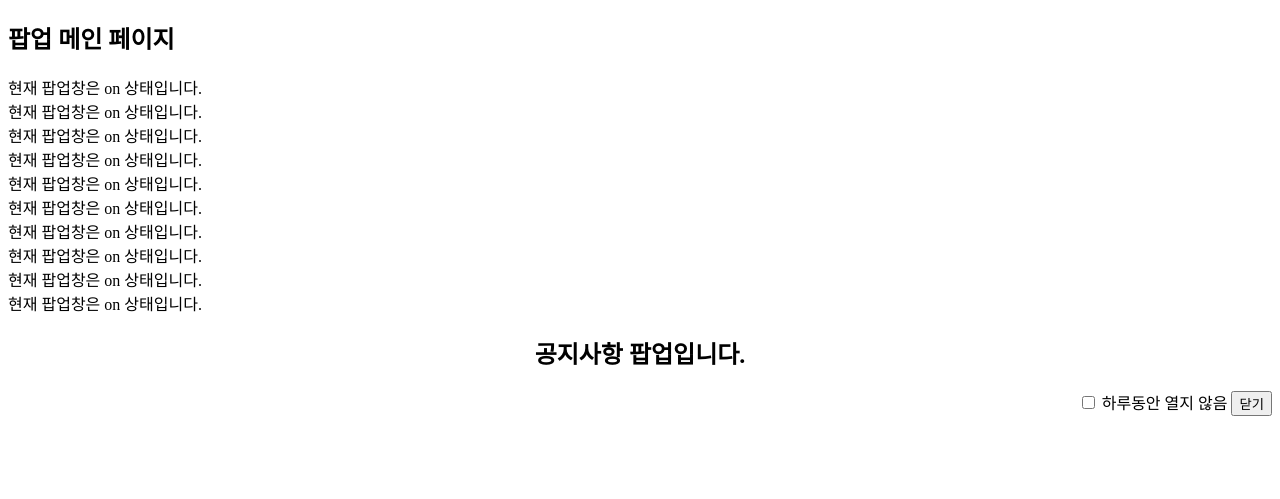
Repository: Motibidu/JSP_Servlet
Page: http://localhost/MushHaveJsp/04Cookie/PopupMain.jsp
The author's editor kept a copy of each file at every save. The page is drawn from the files as they stood at one save, then again after the next save.
The browser window is 1280 px wide. The pictures show the whole page.
The page is served by Tomcat 10. Other server files are loaded and not shown.

Above is the page before, as saved 2025-05-07 05:54:02.

### MushHaveJsp/src/main/webapp/04Cookie/PopupMain.jsp
<%@ page language="java" contentType="text/html; charset=UTF-8"
	pageEncoding="UTF-8"%>

<%
String popupMode = "on";

Cookie[] cookies = request.getCookies();
if (cookies != null)
{
	for (Cookie c : cookies) {
		String cookieName = c.getName();
		String cookieValue = c.getValue();
		if (cookieName.equals("PopupClose"))
		{
			popupMode = cookieValue;
		}
	}

}
%>
<!DOCTYPE html>
<html>
<head>
<meta charset="UTF-8">
<title>Insert title here</title>

<style>
<script>
	$(function() {
		$('#closeBtn').click(function() {
			$('#popup').hide();
			var chkVal= $("input:checkbox[id=inactiveToday]:checked"). val();
			$.ajax({
				url: './PopupCookie.jsp',
				type: 'get',
				data: {inactiveToday: chkVal},
				dataType: "text",
				success: function(resData){
					if(resData != '') location.reload();}
						}
		})
	})
</script>
<script
	src="https://ajax.googleapis.com/ajax/libs/jquery/3.7.1/jquery.min.js">
</script>

div#popup {
	position: absolute, top: 100px;
	left: 100px;
	color: yellow;
	width: 300px;
	height: 100px;
	background-color: gray;
}

div#popup>div {
	position: relative;
	background-color: black;
	top: 0px;
	border: 1px solid gray;
	padding: 10px;
	color;
	black;
}
</style>
</head>
<body>
	<h2>팝업 메인 페이지</h2>
	<%
	for (int i = 1; i <= 10; i++)
	{
		out.print("현재 팝업창은 " + popupMode + " 상태입니다.<br/>");
	}
	if (popupMode.equals("on"))
	{
	%>
	<div id="popup">
		<h2 align="center">공지사항 팝업입니다.</h2>
		<div align="right">
			<form name="popFrm">
				<input type="checkbox" id="inactiveToday" value="1" /> 하루동안 열지 않음 <input
					type="button" value="닫기" id="closeBtn" />
			</form>
		</div>
	</div>
	<%
	}
	%>
</body>
</html>

After the next save:
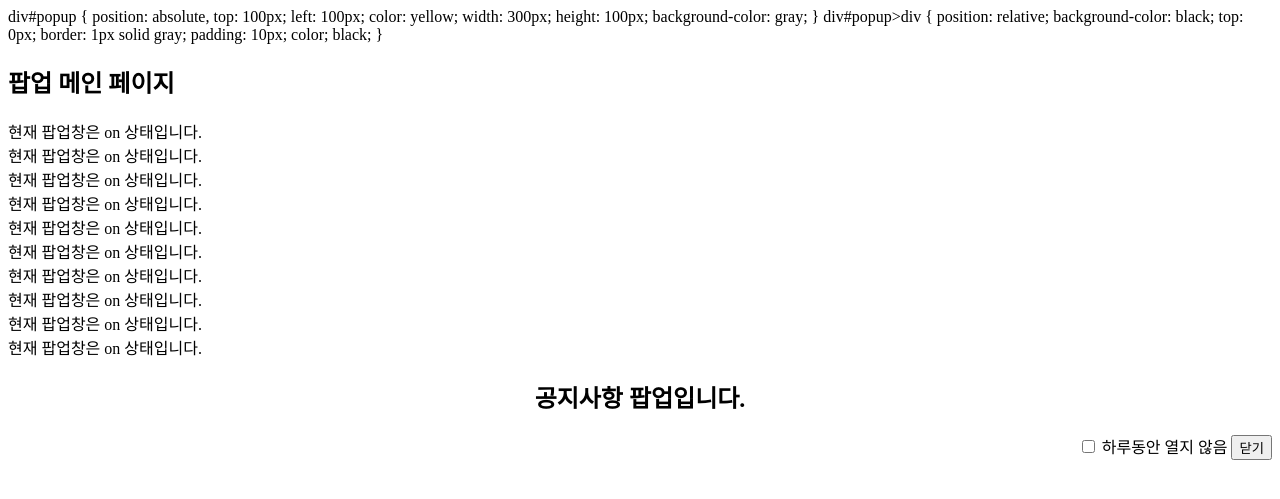
Console error: SyntaxError: missing ) after argument list
Saved 26 s later.
--- a/MushHaveJsp/src/main/webapp/04Cookie/PopupMain.jsp
+++ b/MushHaveJsp/src/main/webapp/04Cookie/PopupMain.jsp
@@ -25,6 +25,7 @@ if (cookies != null)
 <title>Insert title here</title>
 
 <style>
+</style>
 <script>
 	$(function() {
 		$('#closeBtn').click(function() {
